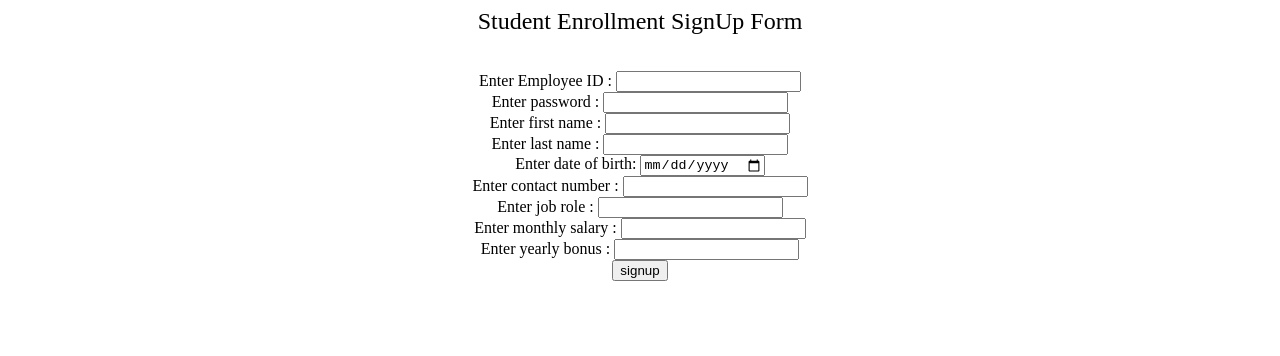
Repository: adarshsingh011/demoapp
Page: http://localhost/demoapp/signup.jsp
An editor plug-in stored every save of this project. The page is shown before and after the next save, followed by the edit.
The browser window is 1280 px wide. The pictures show the whole page.
The page is served by Tomcat 10.

Above is the page before, as saved 2022-03-17 09:45:48.

After the next save:
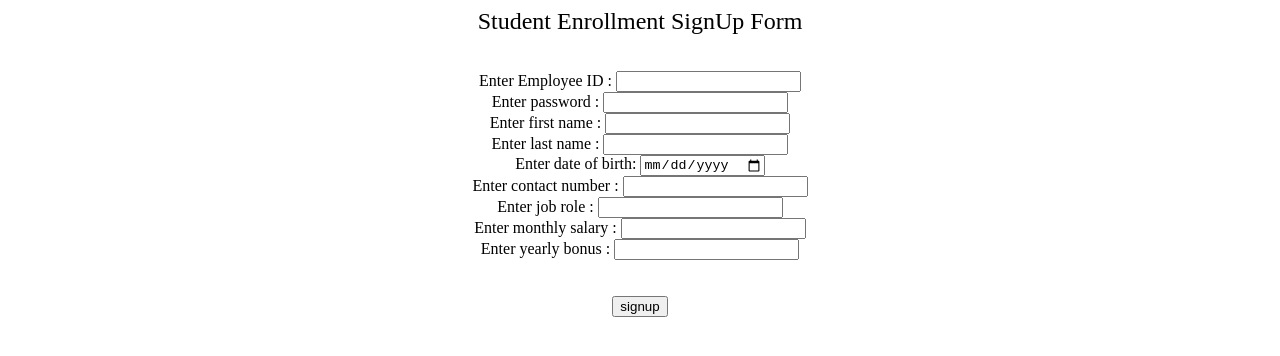
Saved 18 s later.
--- a/demoapp/src/main/webapp/signup.jsp
+++ b/demoapp/src/main/webapp/signup.jsp
@@ -17,7 +17,7 @@
 			Enter contact number  :  <input type="text" name="contact_number"><br>
 			Enter job role  :  <input type="text" name="job_role"><br>
 			Enter monthly salary  :  <input type="text" name="monthly_salary"><br>
-			Enter yearly bonus  :  <input type="text" name="yearly_bonus"><br>
+			Enter yearly bonus  :  <input type="text" name="yearly_bonus"><br><br><br>
 			<input type="submit" value="signup"></center>
 
 
